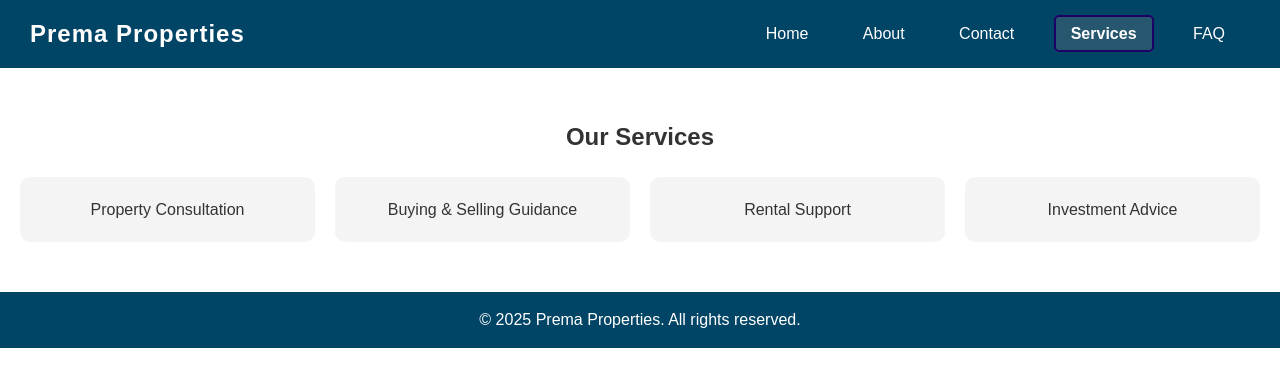
Repository: mnqobiMenzi/Prema-Properties
Page: services.html
An editor plug-in stored every save of this project. The page is shown before and after the next save, followed by the edit.
The browser window is 1280 px wide. The pictures show the whole page.

Above is the page before, as saved 2025-10-04 08:55:32.

### services.html
<!DOCTYPE html>
<html lang="en">
<head>
  <meta charset="UTF-8">
  <meta name="viewport" content="width=device-width, initial-scale=1.0">
  <title>Prema Properties</title>
  <link rel="stylesheet" href="CSS/style.css">
</head>
<body>

  <!-- Header / Navigation -->
  <header>
    <div class="logo">Prema Properties</div>
    <nav>
      <a href="index.html">Home</a>
      <a href="about-us.html">About</a>
      <a href="contact-us.html">Contact</a>
      <a href="#services" class="active">Services</a>
      <a href="FAQ.html">FAQ</a>
    </nav>
  </header>
  <!-- Services Section -->
  <section id="services" class="services">
    <h2>Our Services</h2>
    <div class="service-list">
      <div class="service">Property Consultation</div>
      <div class="service">Buying & Selling Guidance</div>
      <div class="service">Rental Support</div>
      <div class="service">Investment Advice</div>
    </div>
  </section>

  <!-- Footer -->
  <footer>
    <p>© 2025 Prema Properties. All rights reserved.</p>
  </footer>

</body>
</html>

### CSS/style.css
* {
  margin: 0;
  padding: 0;
  box-sizing: border-box;
  font-family: Arial, sans-serif;
}

body {
  line-height: 1.6;
  color: #333;
}

/* Header */
header {
  position: sticky;
  top: 0;
  display: flex;
  justify-content: space-between;
  align-items: center;
  padding: 15px 30px;
  background: #004466;
  color: #fff;
  z-index: 1000;
}
header .logo {
  font-size: 1.5em;
  font-weight: 700;
  font-family: 'Poppins', sans-serif;
  color: #fff;
  letter-spacing: 1px;
  display: flex;
  align-items: center;
}
header nav a {
  margin: 0 10px;
  color: #fff;
  padding: 8px 15px;
  border-radius: 5px;
  text-decoration: none;
  font-weight: 500;
  font-family: 'Poppins', sans-serif;
  transition: color 0.3s ease, border-bottom 0.3s ease;
}

header nav a:hover {
  color: #fff;
  background: rgba(128, 128, 128, 0.3);
  /* border-bottom: 2px solid #ffcc00; */
  padding-bottom: 3px;
}
/* Active link */
header nav a.active {
  background: rgba(128, 128, 128, 0.3);
  font-weight: bold;
  border: 2px solid #1b0066;
}
/* Hero */
.hero {
  background: url('https://source.unsplash.com/1600x600/?house,property') no-repeat center center/cover;
  color: white;
  text-align: center;
  padding: 100px 20px;
}
.hero h1 {
  font-size: 2.5em;
}
.hero .btn {
  display: inline-block;
  margin-top: 20px;
  padding: 10px 20px;
  background: #ff6600;
  color: white;
  border-radius: 5px;
  text-decoration: none;
}
.hero .btn:hover {
  background: #cc5200;
}

/* Sections */
section {
  padding: 50px 20px;
  text-align: center;
}
.services .service-list {
  display: grid;
  grid-template-columns: repeat(auto-fit, minmax(200px, 1fr));
  gap: 20px;
  margin-top: 20px;
}
.service {
  background: #f4f4f4;
  padding: 20px;
  border-radius: 10px;
}

/* Contact */
.contact form {
  display: flex;
  flex-direction: column;
  max-width: 400px;
  margin: auto;
}
.contact input, .contact textarea {
  margin-bottom: 15px;
  padding: 10px;
  border: 1px solid #ddd;
  border-radius: 5px;
}
.contact button {
  padding: 10px;
  border: none;
  background: #004466;
  color: white;
  cursor: pointer;
  border-radius: 5px;
}
.contact button:hover {
  background: #00334d;
}

/* Footer */
footer {
  background: #004466;
  color: #fff;
  text-align: center;
  padding: 15px;
}

After the next save:
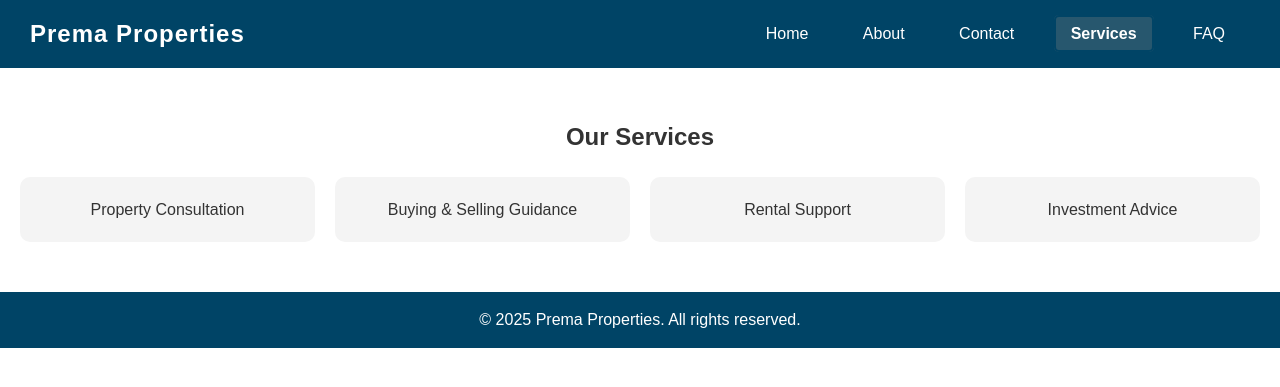
Saved 27 s later.
--- a/CSS/style.css
+++ b/CSS/style.css
@@ -52,7 +52,7 @@ header nav a:hover {
 header nav a.active {
   background: rgba(128, 128, 128, 0.3);
   font-weight: bold;
-  border: 2px solid #1b0066;
+  border: 2px solid #004466;
 }
 /* Hero */
 .hero {
